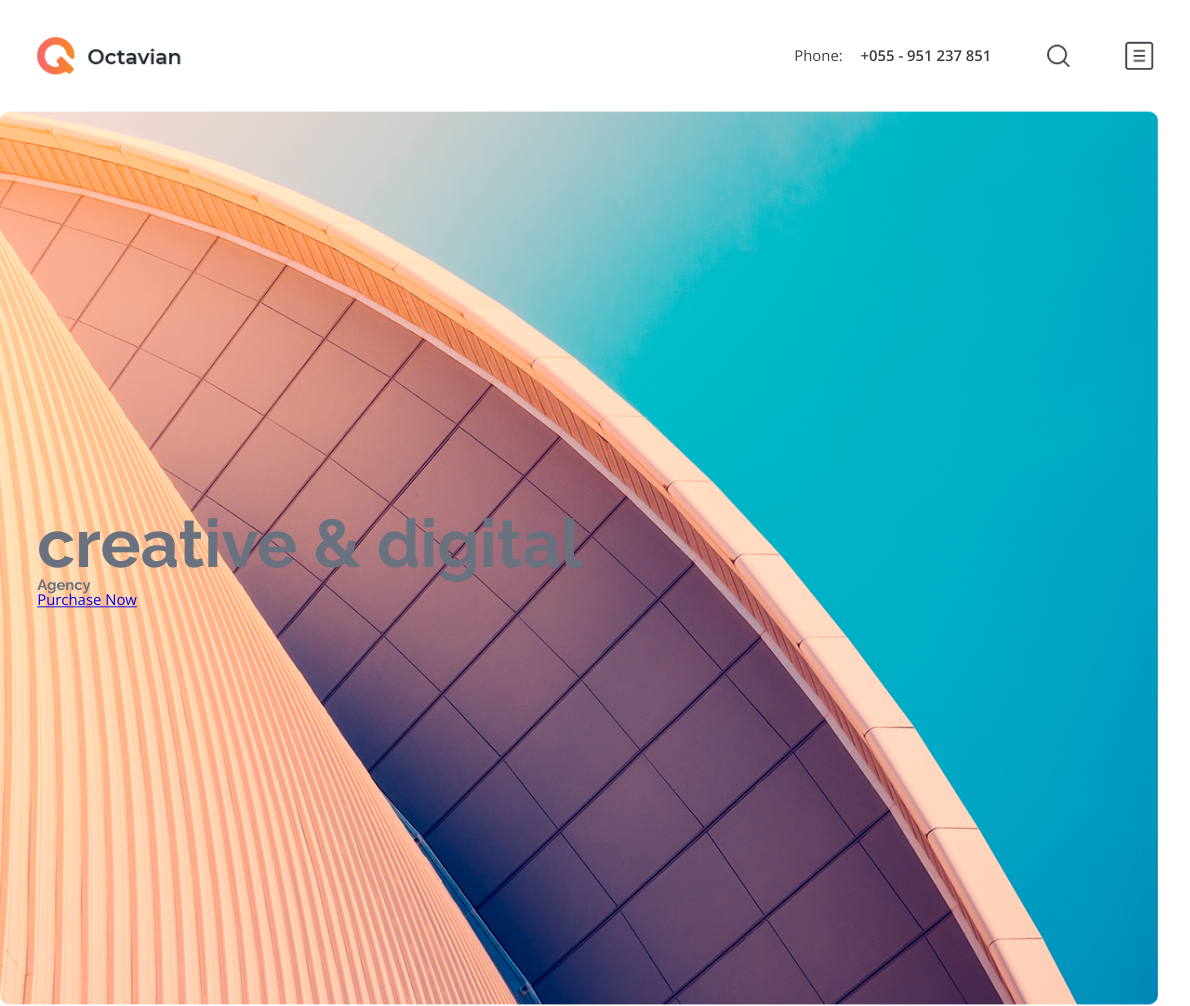
Repository: kate30980/LP-practiceoctavian
Page: index.html
An editor plug-in stored every save of this project. The page is shown before and after the next save, followed by the edit.
The browser window is 1280 px wide. The pictures show the whole page, at 93% of full size.
The style sheet was rebuilt from its Sass, Less or Tailwind sources for each picture, by a compiler version that may differ from the author's.

Above is the page before, as saved 2021-08-25 08:59:53.

### index.html
<!DOCTYPE html>
<html lang="en">

<head>
    <meta charset="UTF-8">
    <meta http-equiv="X-UA-Compatible" content="IE=edge">
    <meta name="viewport" content="width=device-width, initial-scale=1.0">
    <title>Octavian LP</title>
    <script type="module" src="https://unpkg.com/ionicons@5.5.2/dist/ionicons/ionicons.esm.js"></script>
    <script nomodule src="https://unpkg.com/ionicons@5.5.2/dist/ionicons/ionicons.js"></script>
    <link rel="preconnect" href="https://fonts.googleapis.com">
    <link rel="preconnect" href="https://fonts.gstatic.com" crossorigin>
    <link
        href="https://fonts.googleapis.com/css2?family=Open+Sans:wght@300;400;600;700&family=Raleway:wght@700;800&display=swap"
        rel="stylesheet">
    <link rel="stylesheet" href="css/app.css">
</head>

<body>
    <header class="header">
        <div class="container">
            <div class="header-main">
                <img src="./images/logo.png" alt="logo-header" class="header-logo">
                <div class="navigation">
                    <p class="header-phone">Phone: <span>+055 - 951 237 851</span></p>
                    <img src="./images/icon-search.png" alt="" class="icon-search">
                    <img src="./images/icon-bars.png" alt="" class="icon-toggle">
                </div>
            </div>
        </div>
    </header>
    <main>
        <section class="hero">
            <img src="./images/img1.png" alt="img-header" class="hero-image">
            <div class="container">
                <div class="hero-content">
                    <h2 class="hero-caption second-font">creative & digital</h2>
                    <h1 class="hero-heading second-font">Agency</h1>
                    <a href="#" class="hero-link">Purchase Now</a>
                </div>
            </div>
        </section>
    </main>
</body>

</html>

### sass/app.scss
@import "variables";
@import "reset";
@import "base";
@import "header";
@import "hero";

### sass/_variables.scss
$primary-font: "Open sans", sans-serif;
$secondary-font: "Raleway", sans-serif;
$gray: #393e46;
$gray-light: #6a727f;

### sass/_base.scss
body{
    font-family: $primary-font;
    font-size: 16px;
    line-height:1;
    color: $gray-light;
    max-width: 1920px;
    margin: 0 auto;
}
.container{
    max-width: 1200px;
    margin: 0 auto;
    padding:0 15px;
}
.second-font{
    font-family: $secondary-font;
}

### sass/_header.scss
.header{
    &-main{
         display: flex;
         justify-content: space-between;
         align-items: center;
         padding: 40px 0;
    }
    &-phone{
        color: $gray;
        font-weight: 300;
        span{
            font-weight: 600;
            margin-left: 15px;
        }
    }
}
.navigation{
    display: flex;
    align-items: center;
    gap: 0 60px;
}

### sass/_hero.scss
.hero{
    position: relative;
    &-image{
        margin-left: auto;
    }
    &-content{
        position: absolute;
        top: 50%;
        transform: translateY(-50%);
        z-index: 2;
    }
    &-caption{
        font-size: 72px;
        font-weight: 600;
    }
}

Loaded but not shown: sass/_reset.scss (common file)

After the next save:
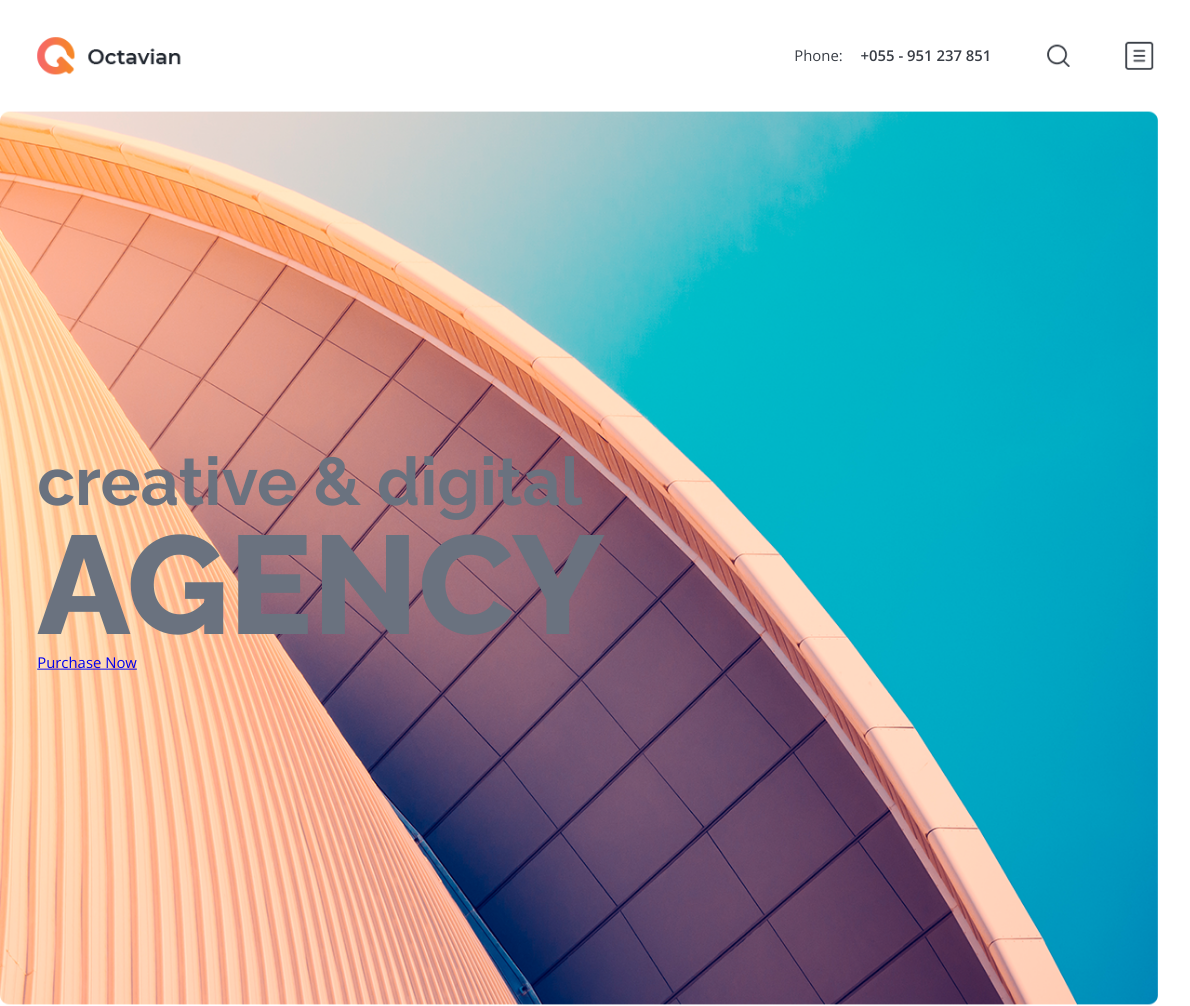
Saved 55 s later.
--- a/sass/_hero.scss
+++ b/sass/_hero.scss
@@ -13,4 +13,8 @@
         font-size: 72px;
         font-weight: 600;
     }
+    &-heading{
+        font-weight: 800;font-size: 150px;
+        text-transform: uppercase;
+    }
 }
